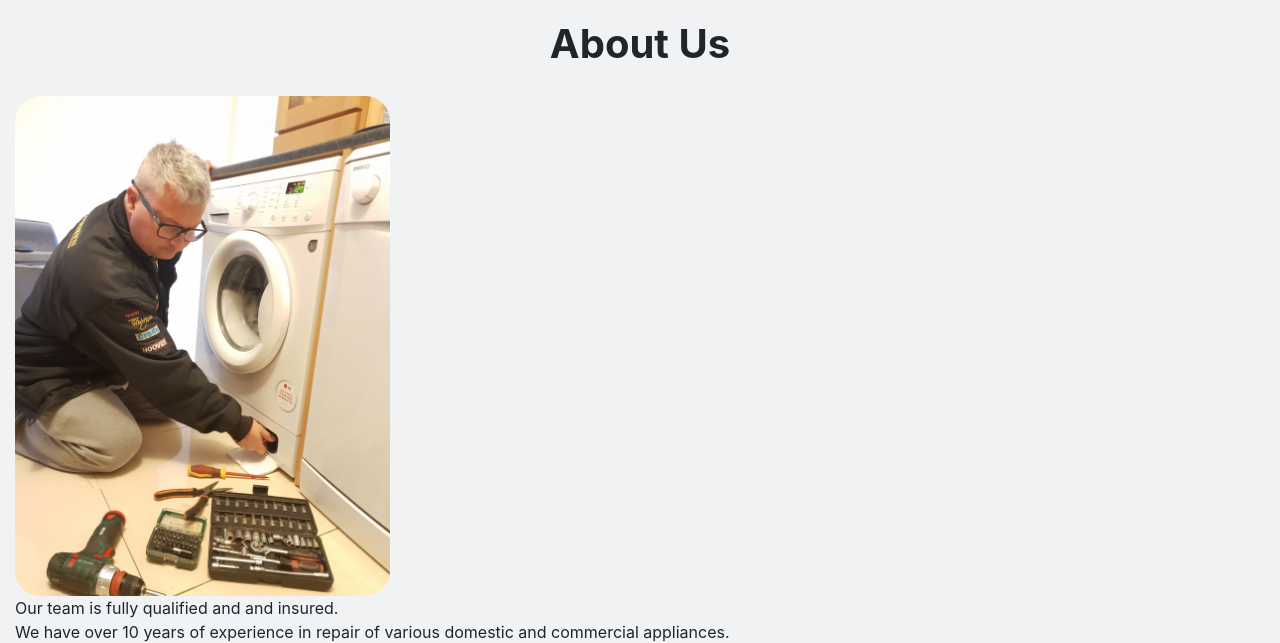
Repository: martynapacula/project-one
Page: index.html
The author's editor kept a record of every edit. The page is drawn from the files as they stood at one moment, then again after the next edit.
The browser window is 1280 px wide. The pictures show the part of the page from y = 384 to 1027 px (the page is 6552 px tall before and 6420 px after).
Pictures or frames that could not be fetched are drawn as grey boxes. A picture or video elsewhere on the page could not be fetched, so the positions and the page height are approximate.

Above is the page before.

### index.html
<!DOCTYPE html>
<html lang="en">

<head>
  <meta charset="UTF-8">
  <meta name="viewport" content="width=device-width, initial-scale=1.0">
  <meta http-equiv="X-UA-Compatible" content="ie=edge">
  <link rel="stylesheet" href="https://stackpath.bootstrapcdn.com/bootstrap/4.3.1/css/bootstrap.min.css" type="text/css" />
  <link rel="stylesheet" href="https://stackpath.bootstrapcdn.com/font-awesome/4.7.0/css/font-awesome.min.css" type="text/css" />
  <link rel="stylesheet" href="https://cdnjs.cloudflare.com/ajax/libs/font-awesome/4.7.0/css/font-awesome.min.css">
  <link rel="stylesheet" href="https://use.fontawesome.com/releases/v5.7.0/css/all.css" integrity="sha384-lZN37f5QGtY3VHgisS14W3ExzMWZxybE1SJSEsQp9S+oqd12jhcu+A56Ebc1zFSJ" crossorigin="anonymous">
  <link rel="stylesheet" href="style.css">
  <title>Delivery Appliance Network</title>
</head>

<body>

  <section>
    <header>
      <!-------------------------------------------------------------------Navbar------>
      <nav class="navbar navbar-expand-lg navbar-light bg-light">
        <a style="color:white" class="navbar-brand" href="#jumbotron">DAN</a>
        <button class="navbar-toggler" type="button" data-toggle="collapse" data-target="#navbarText" aria-controls="navbarText" aria-expanded="false" aria-label="Toggle navigation">
    <span class="navbar-toggler-icon"></span>
  </button>
        <div class="collapse navbar-collapse" id="navbarText">
          <ul class="navbar-nav mr-auto">
            <li class="nav-item active">
              <a style="color:white" class="nav-link" href="#services">Services <span class="sr-only">(current)</span></a>
            </li>
            <li class="nav-item">
              <a style="color:white" class="nav-link" class='page-scroll' href="#aboutus">About Us</a>
            </li>
            <li class="nav-item">
              <a style="color:white" class="nav-link" class='page-scroll' href="#DIY">Do It Yourself</a>
            </li>
            <li class="nav-item">
              <a style="color:white" class="nav-link" class='page-scroll' href="#review">Testimonials</a>
            </li>

          </ul>
          <span style="color:white" class="navbar-text">
      Call Us now ! 0860300662
    </span>
        </div>
      </nav>
    </header>
  </section>

  <!-----Jumbotron------>
  <section id="jumbotron" class="callout jumbotron text-center">
    <div class="container-fluid callout-container">
      <div class="jumbotron">
        <h1 class="display-4 dan-front">
          <center>Domestic Appliances Network</center>
        </h1>
        <p class=" dan-front-text">Experience, Services and High Quality Appliances Delivered Straight to Your Doorstep</p>
        <hr class="my-4">
        <a class="btn btn-primary btn-lg" href="#contactnav" role="button">Get 20% Off</a>
      </div>
    </div>

  </section>


    <!----------------About Us--------------------------------------->

  <section id="aboutus" class='container-fluid bg-about'>
    <div class="row ">
      <div class="col">
        <div>
          <h1 class='heading'>
            About Us
          </h1>
          </div>
          <div class='about-position'>
           <img src="image/DAN3.jpg" class='img-about' alt="Daniel">
           <p  class='about-position' class='text-about'>
              Our team is fully qualified and and insured. <br> We have over 10 years of experience in repair of various domestic and commercial appliances.<br> Our team is proud and dedicated to provide excellent and fast service across all Dublin areas.<br>              We provide additional services such as installation, exchange and delivery of all appliances.<br>
            </p>
          </div>
        <div>
          <h2 class="map-text  about-position map-block">We cover North and South Dublin !</h2>
          <iframe class="map about-position map-block" src="https://www.google.com/maps/embed?pb=!1m18!1m12!1m3!1d152515.98634570363!2d-6.385788728975394!3d53.32423806473198!2m3!1f0!2f0!3f0!3m2!1i1024!2i768!4f13.1!3m3!1m2!1s0x48670e80ea27ac2f%3A0xa00c7a9973171a0!2sDublin!5e0!3m2!1sen!2sie!4v1561494702558!5m2!1sen!2sie"
            frameborder="0" style="border:0" allowfullscreen></iframe>

        </div>
      </div>
    </div>
</section>

  <!--------------------------Services--------------------------->

  <section id="services" class='container-fluid bg-service'>
    <div class="row ">
      <div class="col">
        <div>
          <h1 class='heading'>
            Our Services
          </h1>
        </div>
        <div class="service-comment mobile-service">
          <i class="fas fa-tools"> </i>
          <h3>Repair</h3>
          <p> We repair washing machines, dishwashers, ovens, dryers and many more </p>
        </div>

        <div class="service-comment mobile-service">
          <i class="fas fa-cogs "></i>
          <h3>Installation</h3>
          <p> We can instal washing machines, dishwashers, ovens, dryers into your kitchen </p>
        </div>

        <div class="service-comment mobile-service">
          <i class="fas fa-dolly "></i>
          <h3>Delivery</h3>
          <p> We deliver to all parts of Dublin area </p>

        </div>

      </div>
    </div>
  </section>

  <!----------------Our DIY --------------------------------------->
  <section id="DIY" class='container-fluid bg-about'>
    <div class="row ">
      <div class="col">
        <div class='heading'>
          <h1>
            <strong> Do It Yourself !</strong>
          </h1>
          <div>
            <div class='diy-p'>
              <p>
                <center>Checkout very helpful videos and a podcasts on the most popular errors that may occur in your everyday appliances.<br> You might repair it by yourself at home !</center>
              </p>
            </div>
            <div>
              <iframe width="90%" height="auto" src="https://www.youtube.com/embed/wUL5Wb1T71c" frameborder="0" allow="accelerometer; autoplay; encrypted-media; gyroscope; picture-in-picture" allowfullscreen class='video'></iframe>
            </div>
            <div class='diy-p'>
              <p>
                <center>Listen to the podcast entitled 'Which Washer should I buy' from Fixitnow.com Appliance Repair Radio !</center>
              </p>

            </div>
            <div>
              <audio controls class='audio-bar'>
  <source  src="http://podcast.fixitnow.com/farr/Media/FARR-17.m4a" type="audio/ogg">
  <source  src="http://podcast.fixitnow.com/farr/Media/FARR-17.m4a" type="audio/mpeg">

</audio>
            </div>

  </section>

  <!----------------Testimonials--------------------------------------->
  <section id="review" class='container-fluid bg-service'>
    <div class="row ">
      <div class="col">
        <div class='heading'>
          <h1>
            Testimonials
          </h1>
        </div>
        <div class="quote quote-media">
          <div>
            <img class="womanimage" style="" src="https://media.istockphoto.com/photos/confident-senior-woman-with-folded-arms-picture-id1013413922?s=2048x2048"></img>
          </div>
          <div class="margaret" style="">
            <h3>-Margaret</h3>
            <p class='benjamin-p'> I am delighted with Domestic Appliance Network.<br> My washing machine was leaking, engineer that came over was professional and knowledgeable.<br> He even cleaned dirty and smelly tubes inside the machine ! Great service DAN keep it up !</p>
          </div>
        </div>
        <div class='quote quote-media'>
          <div>
            <img class="manimage" style="" src="https://media.istockphoto.com/photos/portrait-of-a-senior-adult-man-picture-id532725073?s=2048x2048"></img>
          </div>
          <div class="benjamin" style=''>
            <h3>-Benjamin</h3>
            <p class='benjamin-p'> I would highly recommend Domestic Appliance Network. <br> My dishwasher was repaired within 24 hrs. Very compeditive prices.<br>
            </p>
          </div>
        </div>
      </div>
    </div>

    <!----------------Contact Us--------------------------------------->

    <section class="contact" id="contactnav" class='container-fluid bg-service'>

      <img width='100%' height='auto' class="background-contact" scr="https://media.istockphoto.com/photos/woman-choosing-program-on-washing-machine-picture-id668391976?s=2048x2048" </img>

      <div class='heading'>
        <h2>
          Sign up to get <strong>20% off!</strong>
        </h2>
      </div>

      <form class="form-contact">

        <div class="form-row">
          <div class="form-group col-md-6">
            <label for="inputName4">First Name</label>
            <input type="text" class="form-control" placeholder="First name">
          </div>

          <div class="col">
            <div class="form-row">
              <div class="form-group col-md-6">
                <label for="inputName4">Last Name</label>
                <input type="text" class="form-control" placeholder="Last name">
              </div>
            </div>
          </div>
        </div>


        <div class="form-row">
          <div class="form-group col-md-6">
            <label for="inputEmail4">Email</label>
            <input type="email" class="form-control" id="inputEmail4" placeholder="Email">
          </div>
          <div class="form-group col-md-6">
            <label for="inputPassword4">Password</label>
            <input type="password" class="form-control" id="inputPassword4" placeholder="Password">
          </div>
        </div>
        <div class="form-group">
          <label for="inputAddress">Address</label>
          <input type="text" class="form-control" id="inputAddress" placeholder="1234 Main St">
        </div>
        <div class="form-group">
          <label for="inputAddress2">Address 2</label>
          <input type="text" class="form-control" id="inputAddress2" placeholder="Apartment, studio, or floor">
        </div>
        <div class="form-row">
          <div class="form-group col-md-6">
            <label for="inputCity">Dublin Area </label>
            <input type="text" class="form-control" id="inputCity">
          </div>

        </div>
        <div class="form-group">
          <div class="form-check">
            <input class="form-check-input" type="checkbox" id="gridCheck">
            <label class="form-check-label" for="gridCheck">
        Check me out
      </label>
          </div>
        </div>
        <button type="submit" class="btn btn-primary">Sign up</button>
      </form>

    </section>


    <footer>
      <div class="container">
        <div class="row foot">
          <div class="col-xs-12 col-sm-12 icons">
            <a href="https://www.linkedin.com" target="_blank"><i class="logo fab fa-linkedin-in alignment"></i></a>
            <a href="https://www.pinterest.com" target="_blank"><i class="logo fab fa-pinterest alignment"></i>
            <a href="https://www.facebook.com" target="_blank"><i class="logo fab fa-facebook  alignment"></i></a>
          </div>
        </div>
      </div>
      <h5>
        <center>All Rights Reserved</center>
      </h5>
      <h7>© 2014 – 2019 DAN Domestic Appliances Network | Opening Hours: Mon-Fri 08:00 - 17:30, Sat 09:00 - 14:00 | <br> 10 Longford Square, Springfiled, Glassnevin, Co.Dublin, Ireland </h7>



    </footer>






    <script src="https://code.jquery.com/jquery-3.3.1.slim.min.js " integrity="sha384-q8i/X+965DzO0rT7abK41JStQIAqVgRVzpbzo5smXKp4YfRvH+8abtTE1Pi6jizo " crossorigin="anonymous "></script>
    <script src="https://cdnjs.cloudflare.com/ajax/libs/popper.js/1.14.3/umd/popper.min.js " integrity="sha384-ZMP7rVo3mIykV+2+9J3UJ46jBk0WLaUAdn689aCwoqbBJiSnjAK/l8WvCWPIPm49 " crossorigin="anonymous "></script>
    <script src="https://stackpath.bootstrapcdn.com/bootstrap/4.1.3/js/bootstrap.min.js " integrity="sha384-ChfqqxuZUCnJSK3+MXmPNIyE6ZbWh2IMqE241rYiqJxyMiZ6OW/JmZQ5stwEULTy " crossorigin="anonymous "></script>
</body>

</html>

### style.css
/*---------------Navbar------------*/

.bg-light {
    background-color: #3B7EC0!important;
}

/*-----------background-----------*/

.callout-container {


    background: url(https://i.pinimg.com/564x/cd/ba/aa/cdbaaa7fb8f201ebf291ccb854a77ae5.jpg);
    background-repeat: no-repeat;
    background-position: center;
    -moz-background-size: cover;
    -webkit-background-size: cover;
    -o-background-size: cover;
    background-size: cover;
    width: -webkit-fill-available;
    height: -webkit-fill-available;
    padding-top: 100px;
}

.opaque-overlay {
    position: absolute;
    top: 0;
    left: 0;
    height: 100%;
    width: 100%;
    background-color: rgba(0, 0, 0, 0.5);
}

.jumbotron {
    background-color: transparent;
    padding: 0;
    margin: 0px;
}

.jumbotron h1 {
    color: Black;
    font-weight: bold;
    margin-bottom: 30px;

}

.navbar {
    position: fixed;
    top: 0;
    width: 100%;
    z-index: 1;
}

.dan-front {
    text-shadow: -1px 0 white, 0 1px white, 1px 0 white, 0 -1px;
}

.dan-front-text {
    font-size: 30px;
    font-weight: 900;
}

/*-----------Our Services-----------*/

.heading {
    text-align: center;
    font-weight: bold;
    padding: 20px 0px;


}

.bg-service {
    background-color: #c7daec;
    padding-bottom: 50px;
}


.service-comment {
    display: inline-table;
    height: auto;
    width: auto;
    max-width: 32%;
    text-align: center;
    font-size: 30px;
}




@media (max-width: 576px) {
    .mobile-service {
        display: block;
        width: 100%;
        height: auto;
        text-align: center;
        max-width: 100%;
        padding: 20px 0px;
    }
}


.fas {
    font-size: 50px;
    padding-bottom: 20px;

}

/*-----------About Us-----------*/





.img-about {
    vertical-align: middle;
    border-style: none;
    height: auto;
    border-radius: 25px;
    width: 30%;
}



.bg-about {
    background-color: #F0F2F3;
}

.text-about {
    text-align: center;
    padding-top: 50px;
    font-size: 30px;

}

.map {

    border-radius: 15px;
    display: block;
    padding-top: 50px;
    width: 100%;
    padding-bottom: 30px;
    height: 500px;
}

.map-text {
    float: left;
    display: block;
    padding-top: 20px;
    width: 100%;
    text-align: center;
}



/*-----------DIY-----------*/

.audio-bar {
    width: 40%;

}

.video {
    min-height: 400px;
}

.diy-p {
    font-size: 25px;
}

/*-----------Testimonials-----------*/

.quote {

    text-align: center;
}

.womanimage {
    border-radius: 50%;
    height: auto;
    width: 100%;
    display: block;
    padding-left: 20px;
    padding-right: 20px;

}


.manimage {
    border-radius: 50%;
    height: auto;
    width: 100%;
    display: block;
    padding-left: 20px;
    padding-right: 20px;

}

.benjamin {
    padding-top: 80px;

}

.benjamin-p {
    display: grid;
    padding-left: 30px;
    font-size: 30px;
    padding-bottom: 50px;
}

.margaret {
    padding-top: 40px;

}


@media (max-width: 576px) {

    .quote-media {
        display: block;
        width: 100%;
        height: auto;
    }

}

/*-----------Contact Us-----------*/

.contact {
    background: url(https://media.istockphoto.com/photos/woman-choosing-program-on-washing-machine-picture-id668391976?s=2048x2048)
}

.background-contact {
    background-attachment: fixed;
    width: 100%;
    height: 300px;

}


/*-----------Footer-----------*/

footer {
    border-color: transparent;
    text-align: center;
}

.foot {
    margin-bottom: 20px;
    padding-top: 20px;
}

a {
    padding: 5px 15px 5px 10px;
    background-color: transparent;
}

.alignment {
    line-height: 2px;
}

.logo {
    display: inline-block;

    background-color: #C3C3C3;
    color: #8F8F8F;
    width: 41px;
    height: 41px;
    padding: 20px 0;
    border-radius: 50%;
    font-size: 28px;
    text-align: center;
    vertical-align: middle;
    transition: all .3s ease-in-out;
    -moz-transition: all .3s ease-in-out;
    -webkit-transition: all .3s ease-in-out;
    margin-top: 2.5px;
    margin-bottom: 2.5px;

}

logo:hover {
    color: #564F6F;

}

After the next edit:
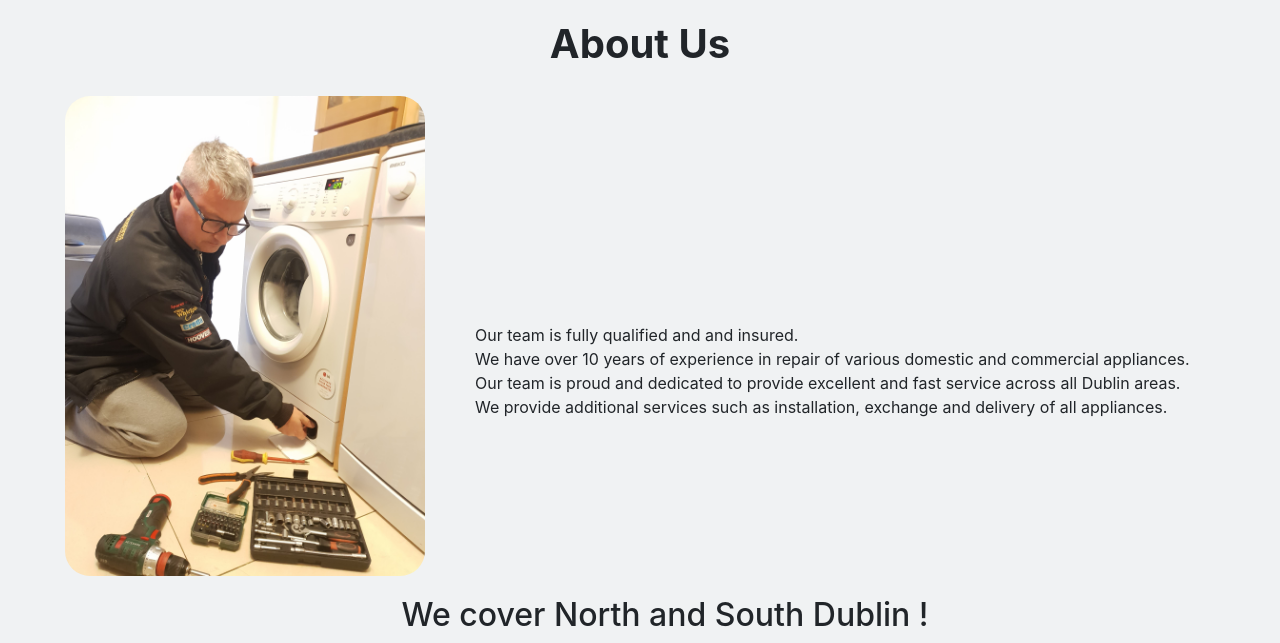
The edit:
--- a/style.css
+++ b/style.css
@@ -107,6 +107,10 @@
 
 /*-----------About Us-----------*/
 
+.about-position {
+     display: inline-table;
+     padding-left: 50px;
+}
 
 
 
